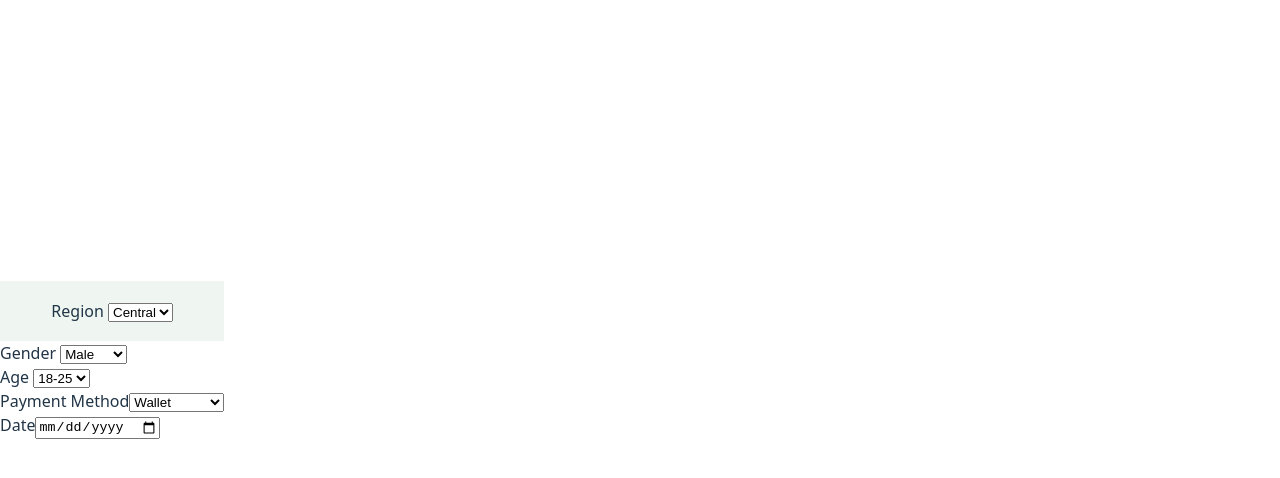
Repository: SandeepYadav18717/TruEstae
Page: / (app in TruEstae/)
These files come from the project's save history. The page is drawn as it stood at one moment and after a run of saves; the edit follows.
The browser window is 1280 px wide. The pictures show the whole page.
The project was rebuilt for these pictures with package versions that can differ from the ones it lists, and the page was loaded fresh each time. Also part of the build but not shown: TruEstae/vite.config.js, TruEstae/src/App.css, TruEstae/src/Styles/Logo.css, TruEstae/src/Pages/Logo.jsx, TruEstae/src/Styles/search_bar.css, TruEstae/src/components/search_bar.jsx.

Above is the page before, as saved 2025-12-06 22:16:10.

### TruEstae/index.html
<!doctype html>
<html lang="en">
  <head>
    <meta charset="UTF-8" />
    <link rel="icon" type="image/svg+xml" href="/vite.svg" />
    <meta name="viewport" content="width=device-width, initial-scale=1.0" />
    <title>javascript</title>
  </head>
  <body>
    <div id="root"></div>
    <script type="module" src="/src/main.jsx"></script>
  </body>
</html>

### TruEstae/src/App.jsx
import { useState } from 'react'
import reactLogo from './assets/react.svg'
import viteLogo from '/vite.svg'
import './App.css'

import Logo from './Pages/Logo.jsx'
import SearchBar from './components/search_bar.jsx'
import Home from './Pages/Home.jsx'

function App() {
  return (
    <>


     <Home />
    </>
  )
}

export default App

### TruEstae/src/Pages/Home.jsx
import Logo from './Logo.jsx';
import SearchBar from '../components/search_bar.jsx'
import '../Styles/Home.css';
function Home() {
  return (
    <>
    <div className="Container_Ui">
        <div id ="Customer_Region">
             <label>Region </label>
              <select>
            <option>Central</option>
            <option>North</option>
            <option>South</option>
            <option>East</option>
            <option>West</option>
          </select>
        </div>
        </div>


        <div id ="Gender">
            <label>Gender </label>
               <select>

            <option>Male</option>
            <option>Female</option>

          </select>
        </div>


        <div id ="Age">
            <label>Age </label>
             <select>

            <option>18-25</option>
            <option>26-35</option>
            <option>36-50</option>
            <option>50+</option>
          </select>
        </div>
        <div id ="Product_Category"></div>
        <div id ="Tags"></div>



        <div id ="Payment_Method">
            <label>Payment Method</label>
          <select>
            <option>Wallet</option>
            <option>Cash</option>
            <option>Card</option>
            <option>UPI</option>
            <option>Net Banking</option>
          </select>
        </div>


        <div id ="Date">

            <label>Date</label>
          <input type="date" />

        </div>

    </>
    )
    }
    export default Home;

### TruEstae/src/Styles/Home.css
.Container_Ui {
  display: flex;
  gap:15px;
  flex-direction: Row;
  align-items: center;
  justify-content: center;
  height: 100vh;
  background-color: #eff6f1;
  height:60px;
  width: 100%;
}

Loaded but not shown: TruEstae/src/main.jsx (common file); TruEstae/src/index.css (common file)

After the next 3 saves:
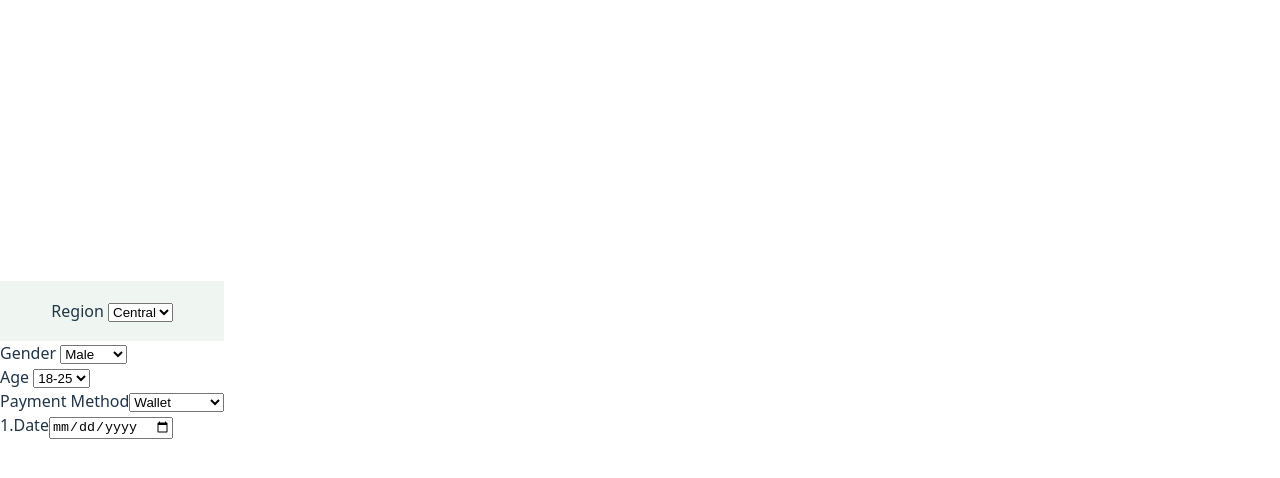
The 3 saves are shown as one change because they came seconds apart.
The last was saved 14 s later.
--- a/TruEstae/src/Pages/Home.jsx
+++ b/TruEstae/src/Pages/Home.jsx
@@ -58,6 +58,7 @@ function Home() {
 
         <div id ="Date">
 
+            1.
             <label>Date</label>
           <input type="date" />
 
